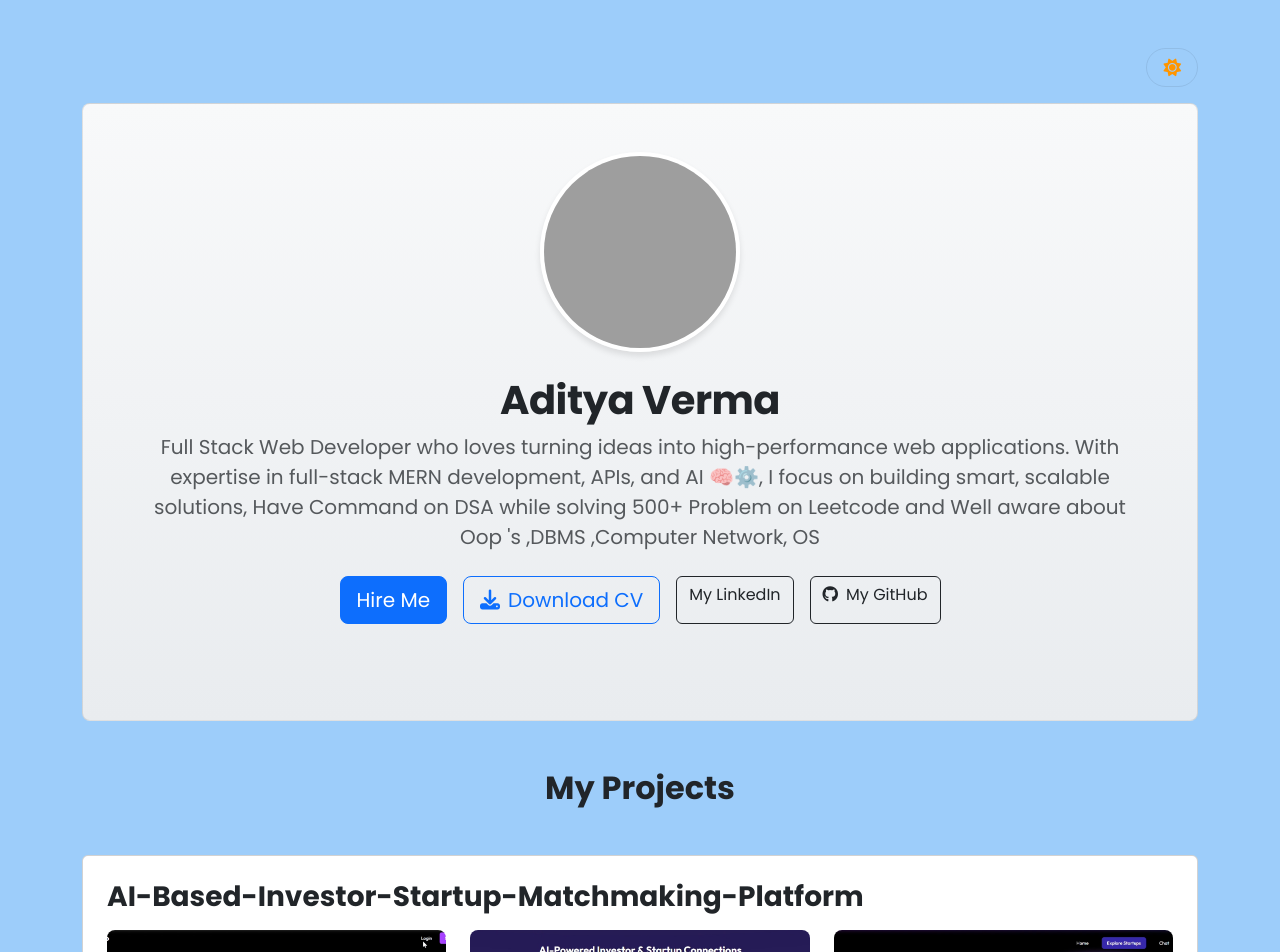
Repository: AdityaTech-Pro/Portfolio-Aditya-Verma
Page: Aditya Portfolio/index.html
These files come from the project's save history. The page is drawn as it stood at one moment and after the next save; the edit follows.
The browser window is 1280 px wide. The pictures show the part of the page from y = 0 to 952 px (the page is 4999 px tall).
Pictures or frames that could not be fetched are drawn as grey boxes.

Above is the page before, as saved 2026-01-07 23:42:25.

After the next save:
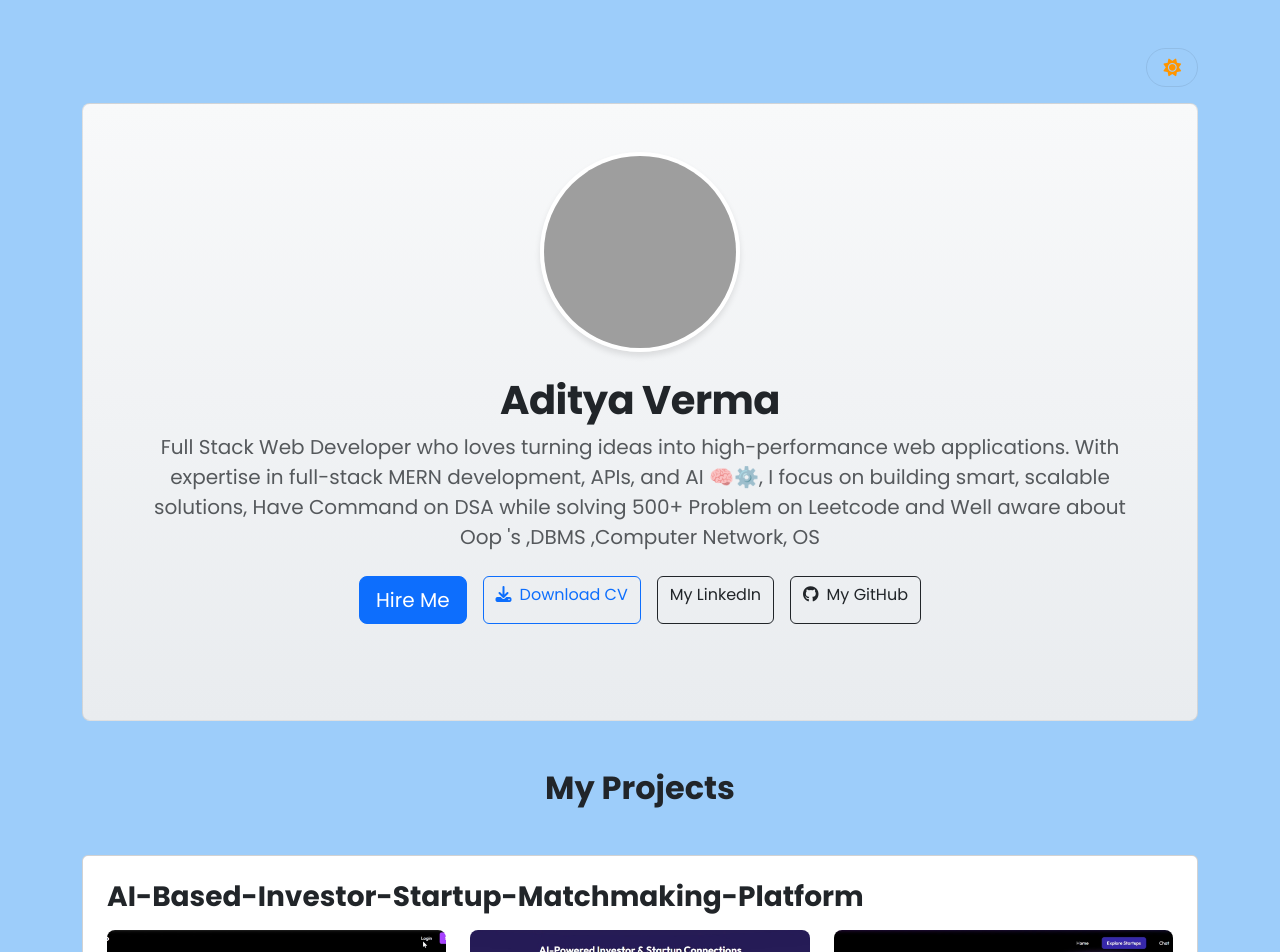
Saved 7 s later.
--- a/Aditya Portfolio/index.html
+++ b/Aditya Portfolio/index.html
@@ -229,7 +229,7 @@
                 <button class="btn btn-primary btn-lg btn-custom">
                     Hire Me
                 </button>
-                <a href="./assets/Updated_Aditya_2Resume_by GLAFormat.pdf" class="btn btn-outline-primary btn-lg btn-custom" download>
+                <a href="./assets/Updated_Aditya_2Resume_by GLAFormat.pdf" class="btn btn-outline-primary " download>
                     <i class="fas fa-download me-2"></i>Download CV
                 </a>
                 <a href="www.linkedin.com/in/9905adityaverma" class="btn btn-outline-dark " target="_blank ">
